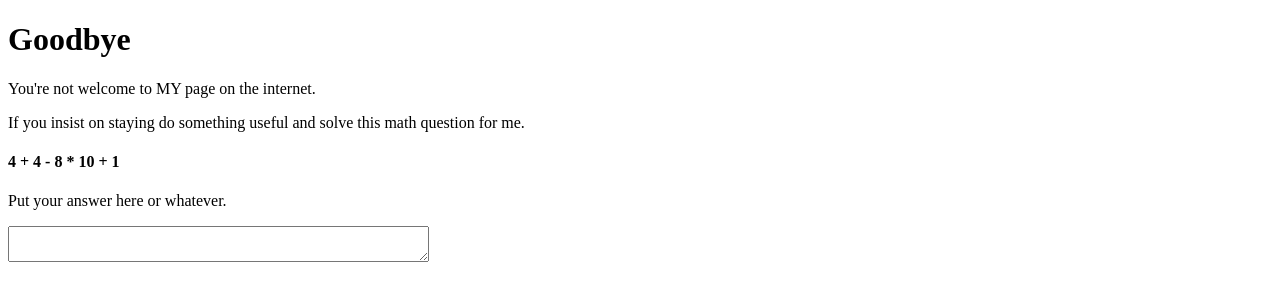
Repository: ParkerW98/Customer-Dis-service
Page: docs/index.html
An editor plug-in stored every save of this project. The page is shown before and after the next save, followed by the edit.
The browser window is 1280 px wide. The pictures show the whole page.

Above is the page before, as saved 2023-04-19 17:38:15.

### docs/index.html
<!DOCTYPE html>
<html lang="en">
<head>
    <meta charset="UTF-8">
    <meta http-equiv="X-UA-Compatible" content="IE=edge">
    <meta name="viewport" content="width=device-width, initial-scale=1.0">

    <link rel="stylesheet" type="text/css" href="indexStyle.css">

    <script src="index.js"></script>

    <title>Document</title>
</head>
<body>
    <h1>Goodbye</h1>
    <p>You're not welcome to MY page on the internet.</p>
    <p>If you insist on staying do something useful and solve this math question for me.</p>

    <form>
        <div>
            <h4 id="math-problem">4 + 4 - 8 * 10 + 1</h4>
            <p>Put your answer here or whatever.</p>
            <textarea cols="50" id="answer" onfocus="changeMath()"></textarea>
        </div>
    </form>
</body>
</html>

### docs/index.js
const mathProblem = "4 + 4 - 8 * 10 + 1";

function changeMath() {

let item2 = 10;

document.getElementById("math-problem").innerHTML = ("1 + "
+ item2 +
" * 8 - 4 + 4");

//onkeyup.item2 = item2 / 2;

}

function revertMath() {

    document.getElementById("math-problem").innerHTML = ("4 + 4 - 8 * 10 + 1");
}

Loaded but not shown: docs/indexStyle.css (no stored copy; drawn as an empty file)

After the next save:
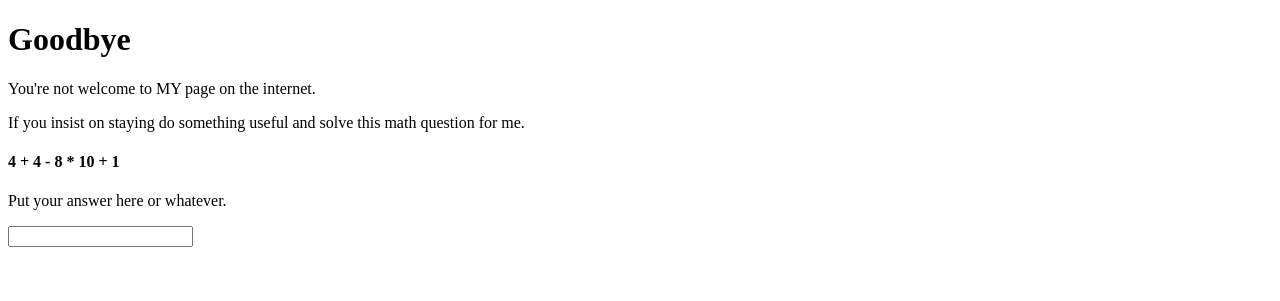
Saved 93 s later.
--- a/docs/index.html
+++ b/docs/index.html
@@ -20,7 +20,7 @@
         <div>
             <h4 id="math-problem">4 + 4 - 8 * 10 + 1</h4>
             <p>Put your answer here or whatever.</p>
-            <textarea cols="50" id="answer" onfocus="changeMath()"></textarea>
+            <input type="text" onfocus="changeMath()" onblur="revertMath()"></input>
         </div>
     </form>
 </body>
